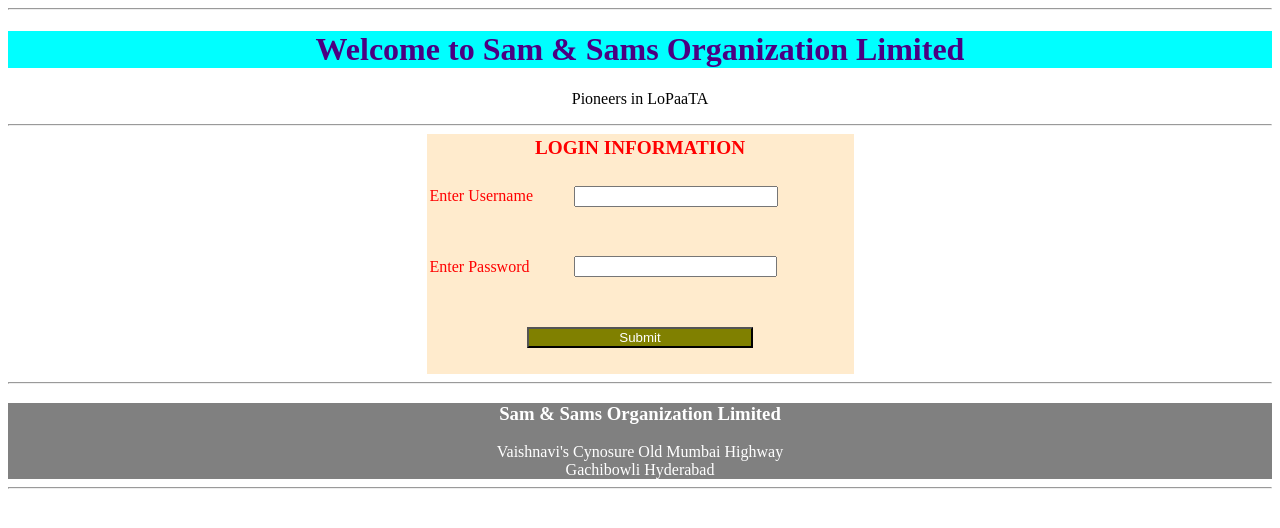
Repository: somnath0796/DeveloperMaterials
Page: http://localhost/JspApp/login.jsp
An editor plug-in stored every save of this project. The page is shown before and after the next save, followed by the edit.
The browser window is 1280 px wide. The pictures show the whole page.
The page is served by Tomcat 9. Other server files are loaded and not shown.

Above is the page before, as saved 2018-02-02 07:17:12.

### JspApp/WebContent/login.jsp
<%@ page language="java" contentType="text/html; charset=ISO-8859-1"
    pageEncoding="ISO-8859-1"%>
<!DOCTYPE html PUBLIC "-//W3C//DTD HTML 4.01 Transitional//EN" "http://www.w3.org/TR/html4/loose.dtd">
<html>
<head>
<meta http-equiv="Content-Type" content="text/html; charset=ISO-8859-1">
<title>Login</title>
</head>
<body>
	<%@ include file="header.jsp"%>

	 <form method="post" action="Processer">
	 	<center>
		<table style="background-color: BlanchedAlmond; height: 240px; width: 427px; color: Red">
			<thead>
				<tr>
					<th colspan="2" style="color: White; "><center style="color: Red; "> <b><big>LOGIN INFORMATION</big></b></center></th>
				</tr>
			</thead>
			<tr>
			<td>Enter Username</td> <td> <input type="text" name = "userName" style="width: 196px; "></td>
		</tr>
		<tr>
			<td>Enter Password</td> <td> <input type="password" name = "password" style="width: 195px; "></td>
		</tr>
		<tr>
			<td colspan="2" align="center"><input type="submit" value = "Submit" style="width: 226px; background-color: Olive; color: White"></td>
		</tr>
		</table>
		</center>
	</form>
	<%@ include file="footer.jsp"%>
</body>
</html>

### JspApp/WebContent/header.jsp
<hr style="color:Red">
<center>
<h1 style="color: Indigo; background-color: cyan;"><b> Welcome to Sam & Sams Organization Limited</b></h1>
<p> Pioneers in LoPaaTA</p>
</center>

<hr style="color: Magenta">

### JspApp/WebContent/footer.jsp
<hr>
<center style="background-color: grey; color:white;">
<h3> Sam & Sams Organization Limited </h3>
Vaishnavi's Cynosure Old Mumbai Highway <br/>
Gachibowli Hyderabad<br/>
</center>
<hr>

After the next save:
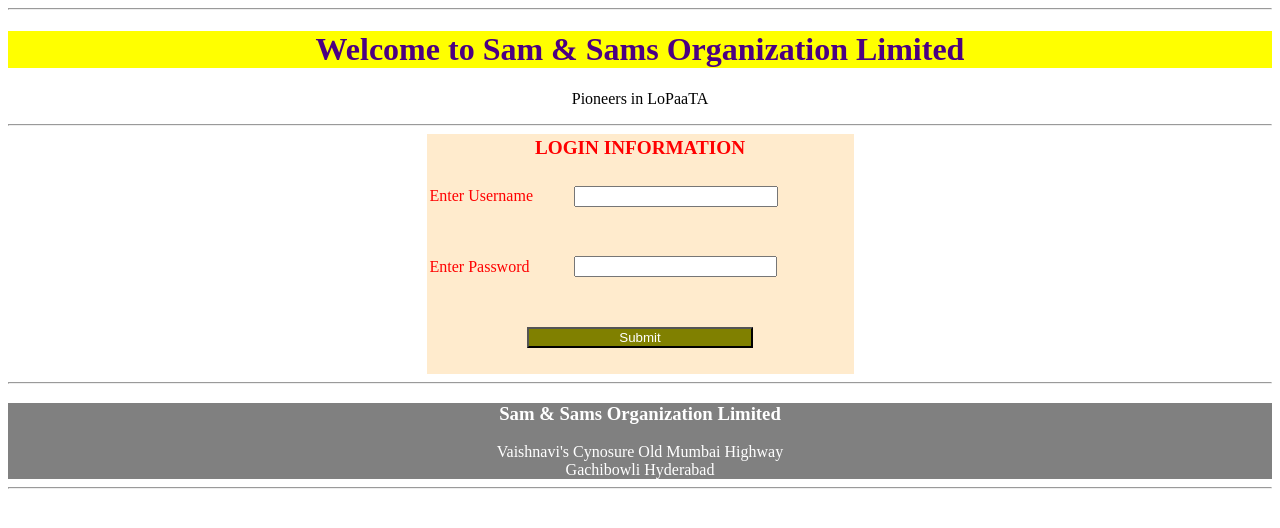
Saved 75 min 7 s later.
--- a/JspApp/WebContent/header.jsp
+++ b/JspApp/WebContent/header.jsp
@@ -1,6 +1,6 @@
 <hr style="color:Red">
 <center>
-<h1 style="color: Indigo; background-color: cyan;"><b> Welcome to Sam & Sams Organization Limited</b></h1>
+<h1 style="color: Indigo; background-color: Yellow;"><b> Welcome to Sam & Sams Organization Limited</b></h1>
 <p> Pioneers in LoPaaTA</p>
 </center>
 
